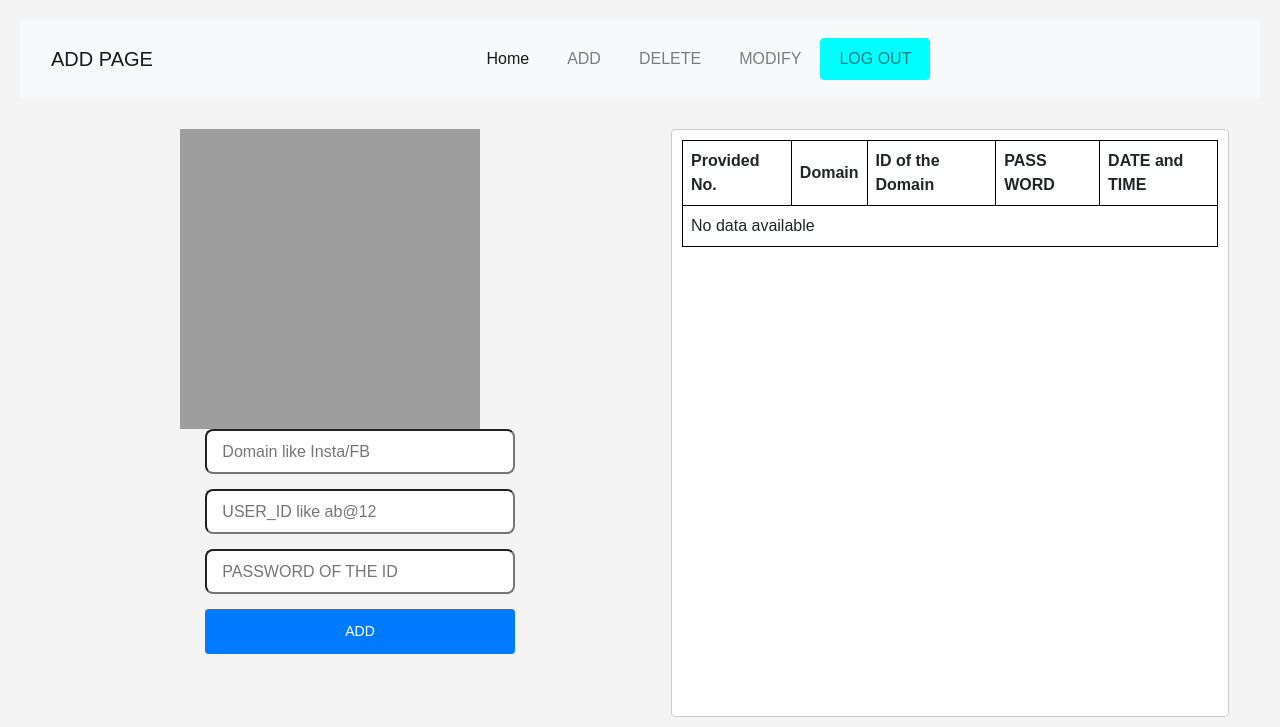
Repository: wizzy-abhishek/Projects
Page: http://localhost/Iam_Doing/Modify.jsp
The author's editor kept a copy of each file at every save. The page is drawn from the files as they stood at one save, then again after the next save.
The browser window is 1280 px wide. The pictures show the whole page.
Pictures or frames that could not be fetched are drawn as grey boxes. Some web libraries are served in a nearby version. The page is served by Tomcat 10. Nobody is signed in. The application's start-up code is not run.

Above is the page before, as saved 2024-06-28 19:21:55.

After the next save:
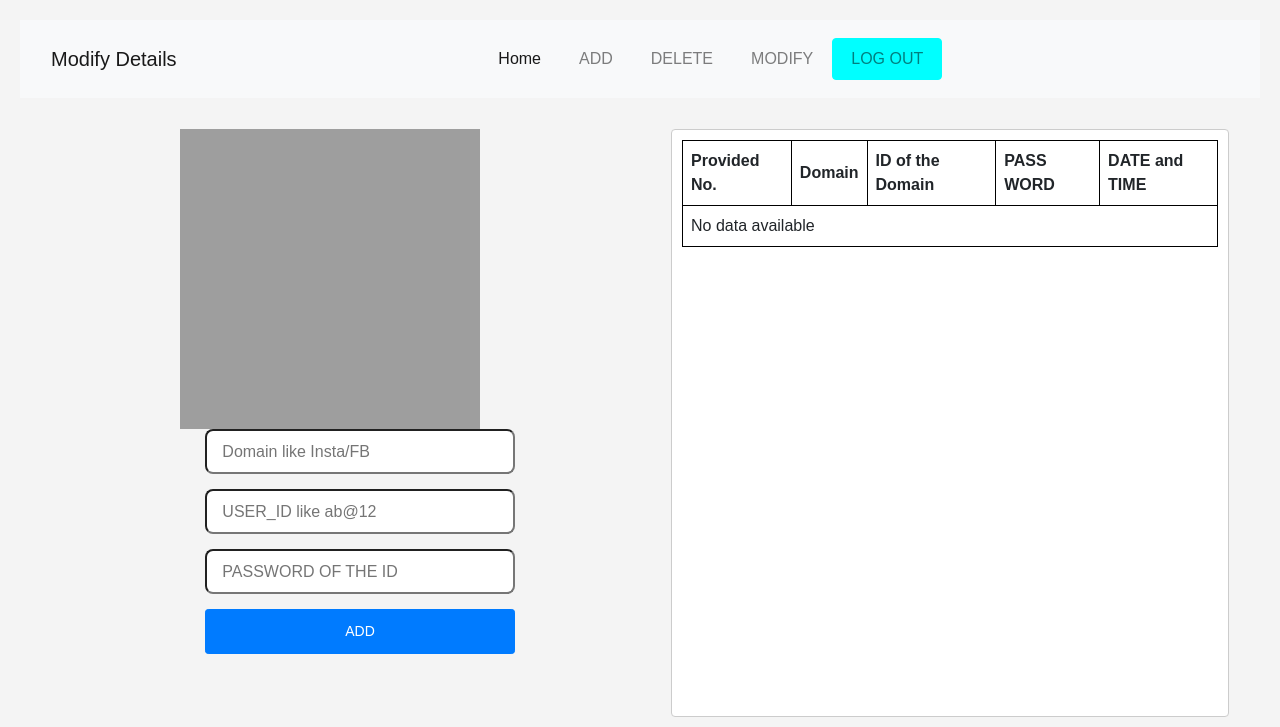
Saved 46 s later.
--- a/Iam_Doing/src/main/webapp/Modify.jsp
+++ b/Iam_Doing/src/main/webapp/Modify.jsp
@@ -10,94 +10,8 @@
     <meta charset="UTF-8">
     <meta name="viewport" content="width=device-width, initial-scale=1.0">
     <link href="https://stackpath.bootstrapcdn.com/bootstrap/4.5.2/css/bootstrap.min.css" rel="stylesheet">
-    <title>ADD DETAILS</title>
-    <style>
-        body {
-            font-family: 'Arial', sans-serif;
-            margin: 0;
-            padding: 20px;
-            display: flex;
-            justify-content: center;
-            align-items: flex-start;
-            flex-wrap: wrap;
-            height: 100vh;
-            background-color: #f4f4f4;
-        }
-
-        .left-column, .right-column {
-            width: 45%;
-            margin: 2.5%;
-        }
-
-        .scrollable-table {
-            overflow-y: auto;
-            height: calc(90vh - 60px);
-            border: 1px solid #ccc;
-            border-radius: 4px;
-            padding: 10px;
-            background-color: #fff;
-            margin-bottom: 10px;
-        }
-
-        table {
-            width: 100%;
-            border-collapse: collapse;
-        }
-
-        table, th, td {
-            border: 1px solid black;
-        }
-
-        th, td {
-            padding: 8px;
-            text-align: left;
-        }
-
-        form input, form button {
-            display: block;
-            width: 100%;
-            margin-bottom: 10px;
-            border-radius: 8px;
-            margin-down: 10px;
-            margin-right: 20px;
-            margin-top: 10px;
-        }
-
-        .form-group {
-            width: 250px;
-            height: 60px;
-            margin: 0 auto;
-        }
-
-        .header text-center {
-            width: 300px;
-            height: 300px;
-            margin: 15px auto;
-            background-color: #ddd;
-            border: 1px solid #ccc;
-            display: flex;
-            justify-content: center;
-            align-items: center;
-            font-size: 14px;
-            color: #777;
-        }
-
-        .logout-btn {
-            background-color: cyan !important;
-            border-color: cyan !important;
-        }
-
-        @media (max-width: 768px) {
-            .left-column, .right-column {
-                width: 100%;
-                order: 1;
-            }
-
-            .scrollable-table {
-                height: auto;
-            }
-        }
-    </style>
+    <link rel="stylesheet" href="GeneralDegine.css">
+    <title>MODIFY</title>
 </head>
 <body>
 <%response.setHeader("Cache-Control", "no-cache , no-store , must-revalidate");
@@ -105,7 +19,7 @@
 %>
 <nav class="navbar navbar-expand-lg navbar-light bg-light w-100">
   <div class="container-fluid">
-    <a class="navbar-brand">ADD PAGE</a>
+    <a class="navbar-brand">Modify Details</a>
     <div class="collapse navbar-collapse" id="navbarNav">
       <ul class="navbar-nav mx-auto">
         <li class="nav-item">
@@ -124,7 +38,7 @@
           </form>
         </li>
         <li class="nav-item">
-          <form action="/option3" method="post">
+          <form action="Modifying" method="post">
             <button type="submit" class="btn nav-link">MODIFY</button>
           </form>
         </li>
